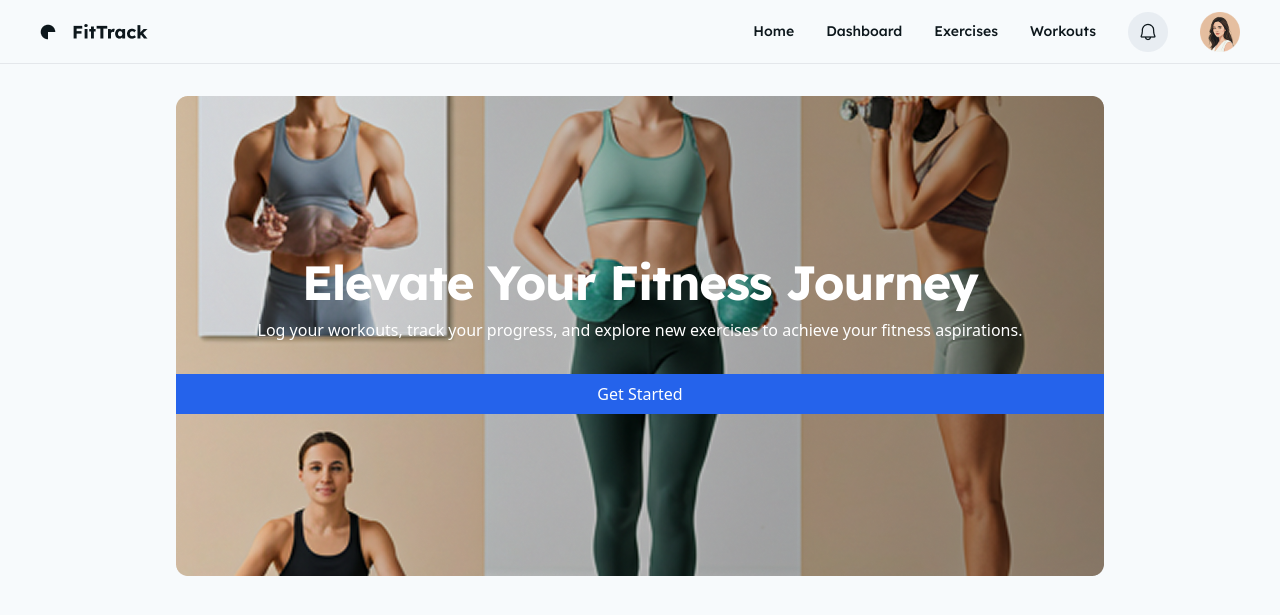
Repository: Emy-gold/fitness-tracking-platform
Page: /
The author's editor kept a copy of each file at every save. The page is drawn from the files as they stood at one save, then again after the next save.
The browser window is 1280 px wide. The pictures show the whole page.
The project was rebuilt for these pictures with package versions that can differ from the ones it lists, and the page was loaded fresh each time. Also part of the build but not shown: vite.config.js, src/Pages/Dashboard.jsx, src/Pages/Exercises.jsx, src/Pages/Workouts.jsx, src/components/Footer.jsx.

Above is the page before, as saved 2025-08-24 22:35:30.

After the next save:
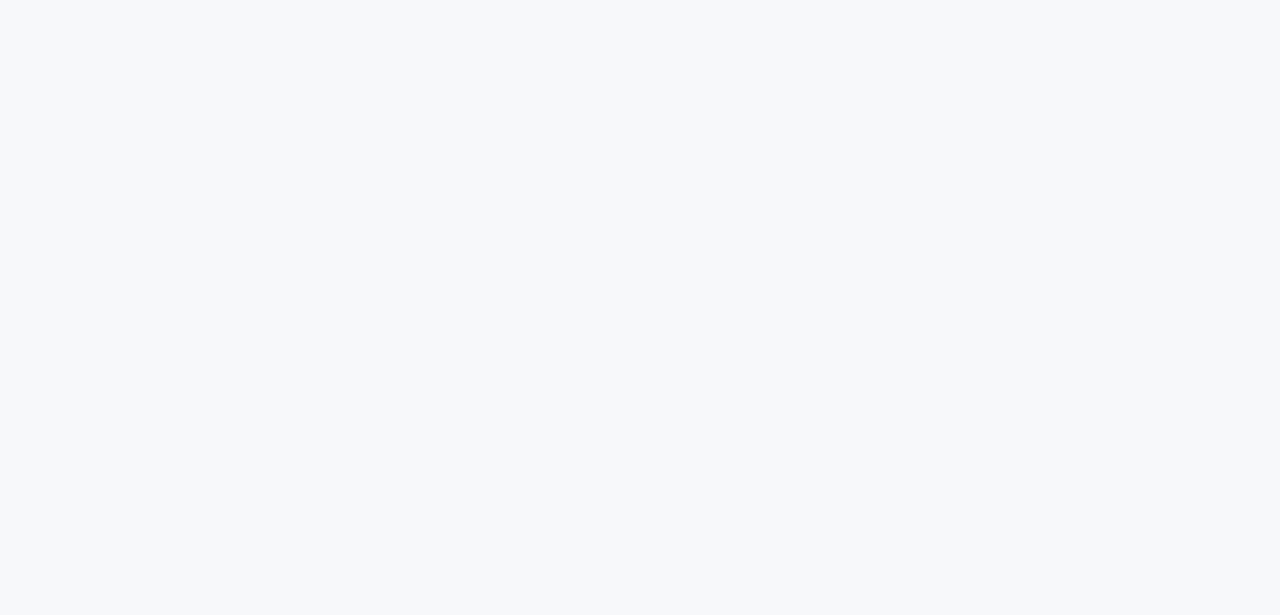
Console error (its wording comes from the project's code and is left out).
Saved 63 s later.
--- a/src/Pages/Home.jsx
+++ b/src/Pages/Home.jsx
@@ -11,7 +11,7 @@
                     <div className="absolute inset-0 flex flex-col justify-center text-center text-white">
                         <h1 className='text-5xl font-lexend font-bold mb-3 tracking-tight '>Elevate Your Fitness Journey</h1>
                         <p className=''>Log your workouts, track your progress, and explore new exercises to achieve your fitness aspirations.</p>
-                        <button type="submit" className='mt-8 bg-blue-600 py-2 px-4'>Get Started</button>
+                        <input type="submit" className='mt-8 bg-blue-600 py-2 px-4'>Get Started</input>
                     </div>
 
                 </section >

After the save that followed:
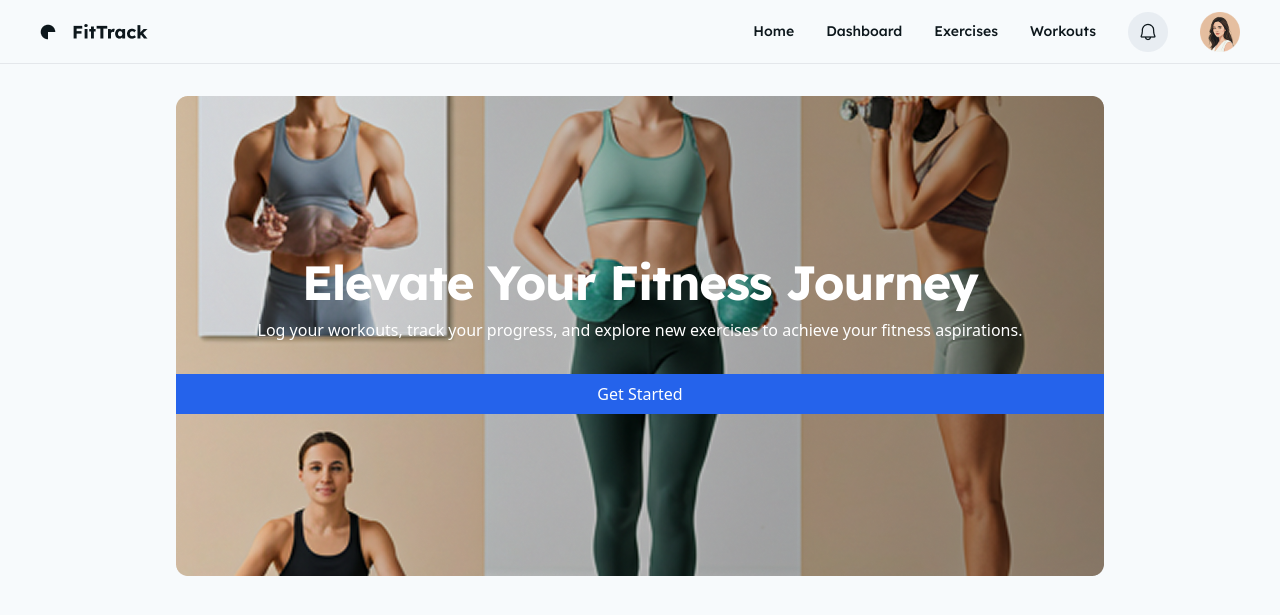
The error is gone.
Saved 18 s later.
--- a/src/Pages/Home.jsx
+++ b/src/Pages/Home.jsx
@@ -11,7 +11,7 @@
                     <div className="absolute inset-0 flex flex-col justify-center text-center text-white">
                         <h1 className='text-5xl font-lexend font-bold mb-3 tracking-tight '>Elevate Your Fitness Journey</h1>
                         <p className=''>Log your workouts, track your progress, and explore new exercises to achieve your fitness aspirations.</p>
-                        <input type="submit" className='mt-8 bg-blue-600 py-2 px-4'>Get Started</input>
+                        <button type="submit" className='mt-8 bg-blue-600 py-2 px-4'>Get Started</button>
                     </div>
 
                 </section >
